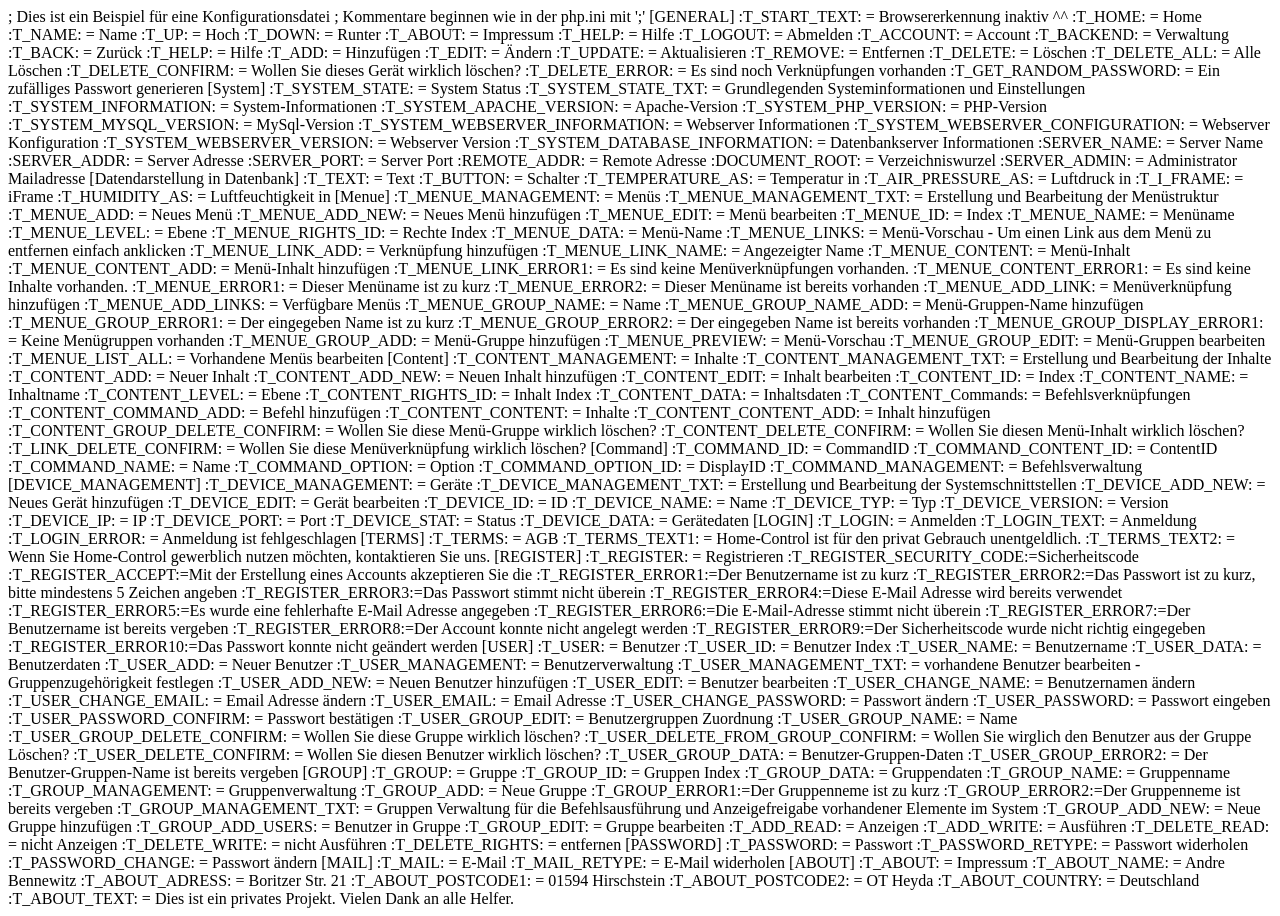
Repository: 0xF3ERROR/Home-Control
Page: http://localhost/language/lang_Ger.php
These files come from the project's save history. The page is drawn as it stood at one moment and after the next save; the edit follows.
The browser window is 1280 px wide. The pictures show the whole page.
The page is run by PHP 8.4 with error messages shown; the project is at /var/www/html/.

Above is the page before, as saved 2012-09-16 16:11:25.

### Source/language/lang_Ger.php
; Dies ist ein Beispiel für eine Konfigurationsdatei
; Kommentare beginnen wie in der php.ini mit ';'


[GENERAL]
:T_START_TEXT: = Browsererkennung inaktiv ^^
:T_HOME: = Home
:T_NAME: = Name
:T_UP: = Hoch
:T_DOWN: = Runter
:T_ABOUT: = Impressum
:T_HELP: = Hilfe
:T_LOGOUT: = Abmelden
:T_ACCOUNT: = Account
:T_BACKEND: = Verwaltung
:T_BACK: = Zurück
:T_HELP: = Hilfe
:T_ADD: = Hinzufügen
:T_EDIT: = Ändern
:T_UPDATE: = Aktualisieren
:T_REMOVE: = Entfernen
:T_DELETE: = Löschen
:T_DELETE_ALL: = Alle Löschen
:T_DELETE_CONFIRM: = Wollen Sie dieses Gerät wirklich löschen?
:T_DELETE_ERROR: = Es sind noch Verknüpfungen vorhanden
:T_GET_RANDOM_PASSWORD: = Ein zufälliges Passwort generieren


[System]
:T_SYSTEM_STATE: = System Status
:T_SYSTEM_STATE_TXT: = Grundlegenden Systeminformationen und Einstellungen
:T_SYSTEM_INFORMATION: = System-Informationen
:T_SYSTEM_APACHE_VERSION: = Apache-Version
:T_SYSTEM_PHP_VERSION: = PHP-Version
:T_SYSTEM_MYSQL_VERSION: = MySql-Version
:T_SYSTEM_WEBSERVER_INFORMATION: = Webserver Informationen
:T_SYSTEM_WEBSERVER_CONFIGURATION: = Webserver Konfiguration
:T_SYSTEM_WEBSERVER_VERSION: = Webserver Version
:T_SYSTEM_DATABASE_INFORMATION: = Datenbankserver Informationen
:SERVER_NAME: = Server Name
:SERVER_ADDR: = Server Adresse
:SERVER_PORT: = Server Port
:REMOTE_ADDR: = Remote Adresse
:DOCUMENT_ROOT: = Verzeichniswurzel
:SERVER_ADMIN: = Administrator Mailadresse





[Datendarstellung in Datenbank]
:T_TEXT: = Text
:T_BUTTON: = Schalter
:T_TEMPERATURE_AS: = Temperatur in
:T_AIR_PRESSURE_AS: = Luftdruck in
:T_I_FRAME: = iFrame
:T_HUMIDITY_AS: = Luftfeuchtigkeit in



[Menue]
:T_MENUE_MANAGEMENT: = Menüs
:T_MENUE_MANAGEMENT_TXT: = Erstellung und Bearbeitung der Menüstruktur
:T_MENUE_ADD: = Neues Menü
:T_MENUE_ADD_NEW: = Neues Menü hinzufügen
:T_MENUE_EDIT: = Menü bearbeiten
:T_MENUE_ID: = Index
:T_MENUE_NAME: = Menüname
:T_MENUE_LEVEL: = Ebene
:T_MENUE_RIGHTS_ID: = Rechte Index
:T_MENUE_DATA: = Menü-Name
:T_MENUE_LINKS: = Menü-Vorschau - Um einen Link aus dem Menü zu entfernen einfach anklicken
:T_MENUE_LINK_ADD: = Verknüpfung hinzufügen
:T_MENUE_LINK_NAME: = Angezeigter Name
:T_MENUE_CONTENT: = Menü-Inhalt
:T_MENUE_CONTENT_ADD: = Menü-Inhalt hinzufügen
:T_MENUE_LINK_ERROR1: = Es sind keine Menüverknüpfungen vorhanden.
:T_MENUE_CONTENT_ERROR1: = Es sind keine Inhalte vorhanden.
:T_MENUE_ERROR1: = Dieser Menüname ist zu kurz
:T_MENUE_ERROR2: = Dieser Menüname ist bereits vorhanden
:T_MENUE_ADD_LINK: = Menüverknüpfung hinzufügen
:T_MENUE_ADD_LINKS: = Verfügbare Menüs
:T_MENUE_GROUP_NAME: = Name
:T_MENUE_GROUP_NAME_ADD: = Menü-Gruppen-Name hinzufügen
:T_MENUE_GROUP_ERROR1: = Der eingegeben Name ist zu kurz
:T_MENUE_GROUP_ERROR2: = Der eingegeben Name ist bereits vorhanden
:T_MENUE_GROUP_DISPLAY_ERROR1: = Keine Menügruppen vorhanden
:T_MENUE_GROUP_ADD: = Menü-Gruppe hinzufügen
:T_MENUE_PREVIEW: = Menü-Vorschau
:T_MENUE_GROUP_EDIT: = Menü-Gruppen bearbeiten
:T_MENUE_LIST_ALL: = Vorhandene Menüs bearbeiten

[Content]
:T_CONTENT_MANAGEMENT: = Inhalte
:T_CONTENT_MANAGEMENT_TXT: = Erstellung und Bearbeitung der Inhalte
:T_CONTENT_ADD: = Neuer Inhalt
:T_CONTENT_ADD_NEW: = Neuen Inhalt hinzufügen
:T_CONTENT_EDIT: = Inhalt bearbeiten
:T_CONTENT_ID: = Index
:T_CONTENT_NAME: = Inhaltname
:T_CONTENT_LEVEL: = Ebene
:T_CONTENT_RIGHTS_ID: = Inhalt Index
:T_CONTENT_DATA: = Inhaltsdaten
:T_CONTENT_Commands: = Befehlsverknüpfungen
:T_CONTENT_COMMAND_ADD: = Befehl hinzufügen
:T_CONTENT_CONTENT: = Inhalte
:T_CONTENT_CONTENT_ADD: = Inhalt hinzufügen
:T_CONTENT_GROUP_DELETE_CONFIRM: = Wollen Sie diese Menü-Gruppe wirklich löschen?
:T_CONTENT_DELETE_CONFIRM: = Wollen Sie diesen Menü-Inhalt wirklich löschen?
:T_LINK_DELETE_CONFIRM: = Wollen Sie diese Menüverknüpfung wirklich löschen?



[Command]
:T_COMMAND_ID: = CommandID
:T_COMMAND_CONTENT_ID: = ContentID
:T_COMMAND_NAME: = Name
:T_COMMAND_OPTION: = Option
:T_COMMAND_OPTION_ID: = DisplayID
:T_COMMAND_MANAGEMENT: = Befehlsverwaltung


[DEVICE_MANAGEMENT]
:T_DEVICE_MANAGEMENT: = Geräte
:T_DEVICE_MANAGEMENT_TXT: = Erstellung und Bearbeitung der Systemschnittstellen
:T_DEVICE_ADD_NEW: = Neues Gerät hinzufügen
:T_DEVICE_EDIT: = Gerät bearbeiten
:T_DEVICE_ID: = ID
:T_DEVICE_NAME: = Name
:T_DEVICE_TYP: = Typ
:T_DEVICE_VERSION: = Version
:T_DEVICE_IP: = IP
:T_DEVICE_PORT: = Port
:T_DEVICE_STAT: = Status
:T_DEVICE_DATA: = Gerätedaten


[LOGIN]
:T_LOGIN: = Anmelden
:T_LOGIN_TEXT: = Anmeldung
:T_LOGIN_ERROR: = Anmeldung ist fehlgeschlagen


[TERMS]
:T_TERMS: = AGB
:T_TERMS_TEXT1: = Home-Control ist für den privat Gebrauch unentgeldlich.
:T_TERMS_TEXT2: = Wenn Sie Home-Control gewerblich nutzen möchten, kontaktieren Sie uns.


[REGISTER]
:T_REGISTER: = Registrieren
:T_REGISTER_SECURITY_CODE:=Sicherheitscode
:T_REGISTER_ACCEPT:=Mit der Erstellung eines Accounts akzeptieren Sie die
:T_REGISTER_ERROR1:=Der Benutzername ist zu kurz
:T_REGISTER_ERROR2:=Das Passwort ist zu kurz, bitte mindestens 5 Zeichen angeben
:T_REGISTER_ERROR3:=Das Passwort stimmt nicht überein
:T_REGISTER_ERROR4:=Diese E-Mail Adresse wird bereits verwendet
:T_REGISTER_ERROR5:=Es wurde eine fehlerhafte E-Mail Adresse angegeben
:T_REGISTER_ERROR6:=Die E-Mail-Adresse stimmt nicht überein
:T_REGISTER_ERROR7:=Der Benutzername ist bereits vergeben
:T_REGISTER_ERROR8:=Der Account konnte nicht angelegt werden
:T_REGISTER_ERROR9:=Der Sicherheitscode wurde nicht richtig eingegeben
:T_REGISTER_ERROR10:=Das Passwort konnte nicht geändert werden


[USER]
:T_USER: = Benutzer
:T_USER_ID: = Benutzer Index
:T_USER_NAME: = Benutzername
:T_USER_DATA: = Benutzerdaten
:T_USER_ADD: = Neuer Benutzer
:T_USER_MANAGEMENT: = Benutzerverwaltung
:T_USER_MANAGEMENT_TXT: = vorhandene Benutzer bearbeiten - Gruppenzugehörigkeit festlegen
:T_USER_ADD_NEW: = Neuen Benutzer hinzufügen
:T_USER_EDIT: = Benutzer bearbeiten
:T_USER_CHANGE_NAME: = Benutzernamen ändern
:T_USER_CHANGE_EMAIL: = Email Adresse ändern
:T_USER_EMAIL: = Email Adresse
:T_USER_CHANGE_PASSWORD: = Passwort ändern
:T_USER_PASSWORD: = Passwort eingeben
:T_USER_PASSWORD_CONFIRM: = Passwort bestätigen
:T_USER_GROUP_EDIT: = Benutzergruppen Zuordnung
:T_USER_GROUP_NAME: = Name
:T_USER_GROUP_DELETE_CONFIRM: = Wollen Sie diese Gruppe wirklich löschen?
:T_USER_DELETE_FROM_GROUP_CONFIRM: = Wollen Sie wirglich den Benutzer aus der Gruppe Löschen?
:T_USER_DELETE_CONFIRM: = Wollen Sie diesen Benutzer wirklich löschen?
:T_USER_GROUP_DATA: = Benutzer-Gruppen-Daten
:T_USER_GROUP_ERROR2: = Der Benutzer-Gruppen-Name ist bereits vergeben

[GROUP]
:T_GROUP: = Gruppe
:T_GROUP_ID: = Gruppen Index
:T_GROUP_DATA: = Gruppendaten
:T_GROUP_NAME: = Gruppenname
:T_GROUP_MANAGEMENT: = Gruppenverwaltung
:T_GROUP_ADD: = Neue Gruppe
:T_GROUP_ERROR1:=Der Gruppenneme ist zu kurz
:T_GROUP_ERROR2:=Der Gruppenneme ist bereits vergeben
:T_GROUP_MANAGEMENT_TXT: = Gruppen Verwaltung für die Befehlsausführung und Anzeigefreigabe vorhandener Elemente im System
:T_GROUP_ADD_NEW: = Neue Gruppe hinzufügen
:T_GROUP_ADD_USERS: = Benutzer in Gruppe
:T_GROUP_EDIT: = Gruppe bearbeiten
:T_ADD_READ: = Anzeigen
:T_ADD_WRITE: = Ausführen
:T_DELETE_READ: = nicht Anzeigen
:T_DELETE_WRITE: = nicht Ausführen
:T_DELETE_RIGHTS: = entfernen

[PASSWORD]
:T_PASSWORD: = Passwort
:T_PASSWORD_RETYPE: = Passwort widerholen
:T_PASSWORD_CHANGE: = Passwort ändern


[MAIL]
:T_MAIL: = E-Mail
:T_MAIL_RETYPE: = E-Mail widerholen


[ABOUT]
:T_ABOUT: = Impressum
:T_ABOUT_NAME: = Andre Bennewitz
:T_ABOUT_ADRESS: = Boritzer Str. 21
:T_ABOUT_POSTCODE1: = 01594 Hirschstein
:T_ABOUT_POSTCODE2: = OT Heyda
:T_ABOUT_COUNTRY: = Deutschland
:T_ABOUT_TEXT: = Dies ist ein privates Projekt. Vielen Dank an alle Helfer.

After the next save:
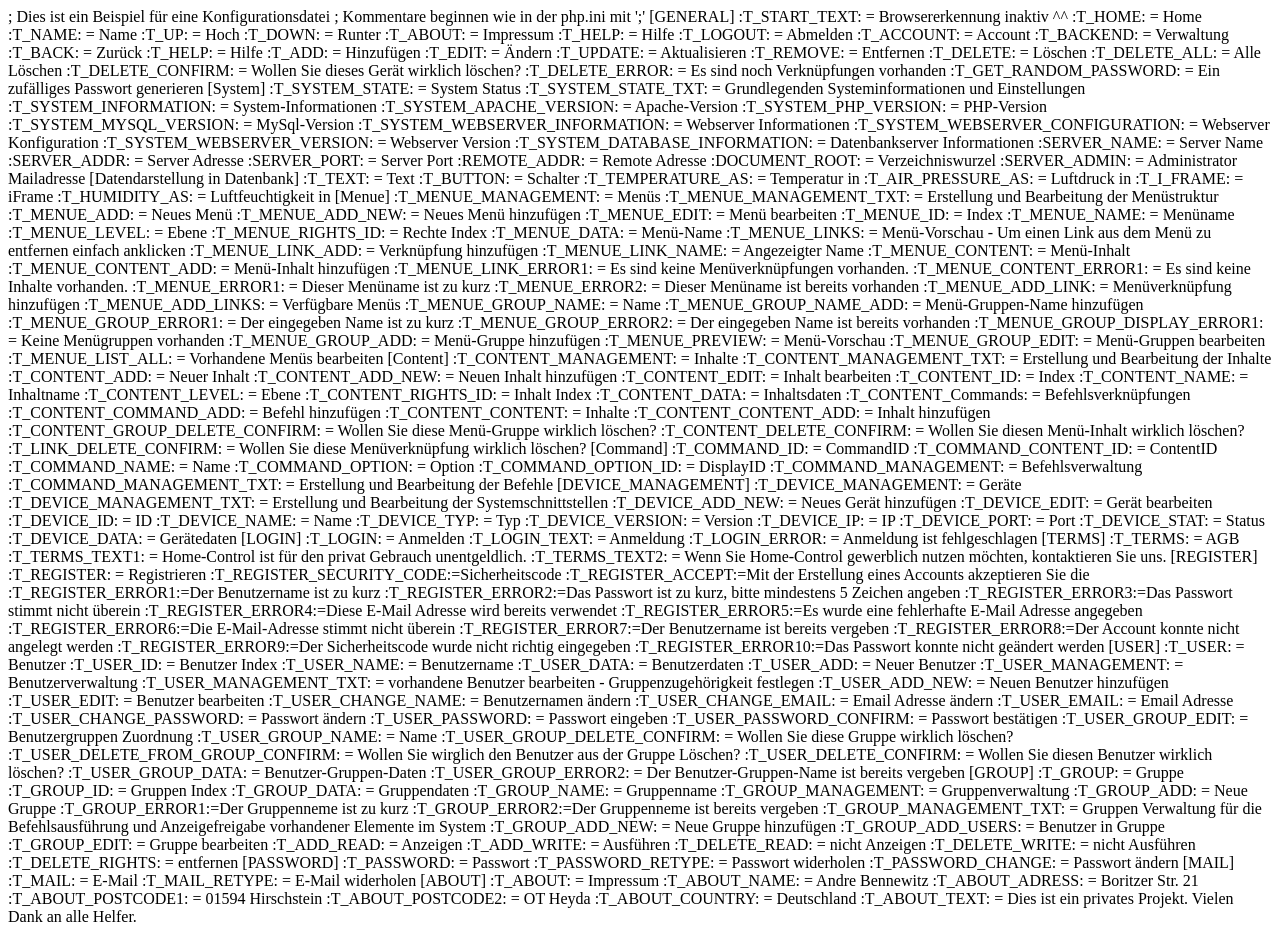
Saved 46 s later.
--- a/Source/language/lang_Ger.php
+++ b/Source/language/lang_Ger.php
@@ -118,7 +118,7 @@
 :T_COMMAND_OPTION: = Option
 :T_COMMAND_OPTION_ID: = DisplayID
 :T_COMMAND_MANAGEMENT: = Befehlsverwaltung
-
+:T_COMMAND_MANAGEMENT_TXT: = Erstellung und Bearbeitung der Befehle
 
 [DEVICE_MANAGEMENT]
 :T_DEVICE_MANAGEMENT: = Geräte
